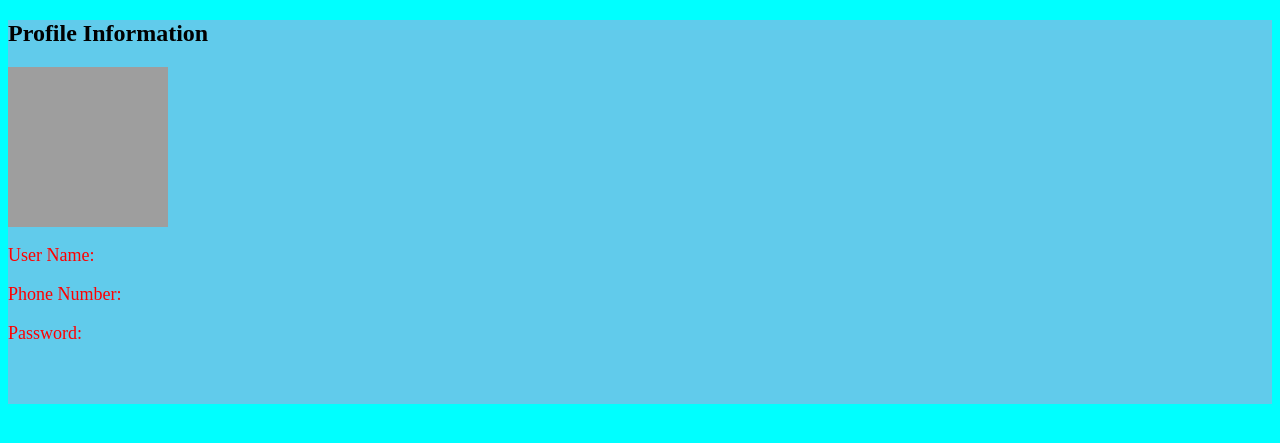
Repository: Amani-Kibet/express-app-web
Page: pages/profile page.html
These files come from the project's save history. The page is drawn as it stood at one moment and after the next save; the edit follows.
The browser window is 1280 px wide. The pictures show the whole page.
Pictures or frames that could not be fetched are drawn as grey boxes. The page's requests for data from a server got no answer.

Above is the page before, as saved 2025-09-26 09:14:46.

### pages/profile page.html
<!DOCTYPE html>
<head>
    <title>Profile Page</title>
    <style>
        body{
            background-color: cyan;
        }
        #container{
            background-color: rgb(97, 203, 235);
            height: 24rem;
        }
        #image{
            background: url(http://localhost:3000/pictures/profilePic.jpg);
            background-size: cover;
            width: 10rem;
            height: 10rem;
        }
        .labels{
            color: red;
            font-size: 18px;

        }
    </style>
</head>
<body>
    <div id="container">
        <h2>Profile Information</h2>
        <div id="image"></div>
        <p id="nameT" class="labels">User Name: </p>
        <p id="phoneT" class="labels">Phone Number: </p>
        <p id="passT" class="labels">Password: </p>
    </div>
</body>
<script>
let nameT= document.getElementById("nameT");
let phoneT= document.getElementById("phoneT");
let passT= document.getElementById("passT");

fetch("http://localhost:3000/path3")
</script>
</html>

After the next save:
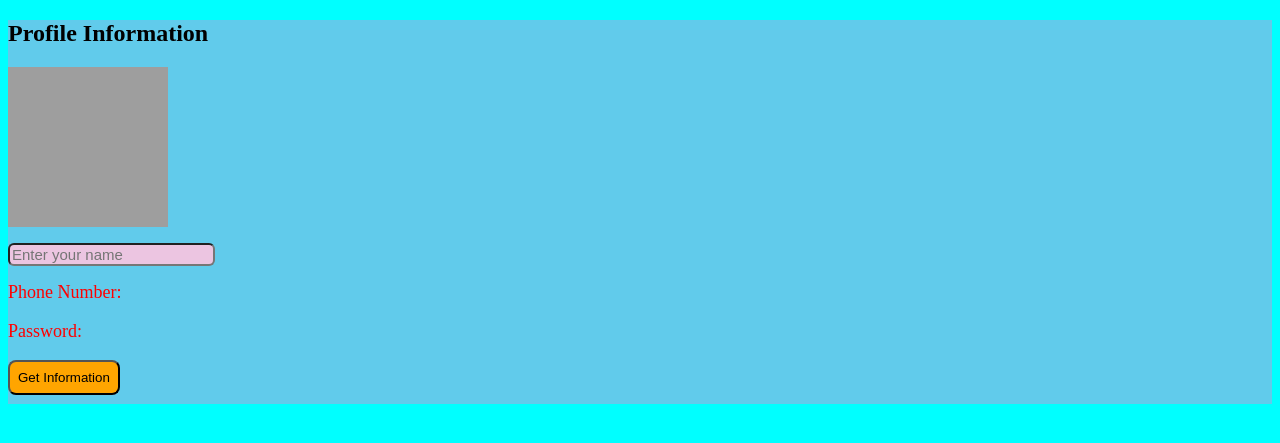
Saved 8 min 56 s later.
--- a/pages/profile page.html
+++ b/pages/profile page.html
@@ -18,7 +18,14 @@
         .labels{
             color: red;
             font-size: 18px;
+            margin-top: 1rem;
+            border-radius: 6px;
 
+        }
+        #btn1{
+            background-color: orange;
+            padding: 8px;
+            border-radius: 8px;
         }
     </style>
 </head>
@@ -26,16 +33,24 @@
     <div id="container">
         <h2>Profile Information</h2>
         <div id="image"></div>
-        <p id="nameT" class="labels">User Name: </p>
+        <input type="text" id="nameT" class="labels" placeholder="Enter your name" style="font-size: 15px; background: #ecc5e1">
         <p id="phoneT" class="labels">Phone Number: </p>
         <p id="passT" class="labels">Password: </p>
+        <button id="btn1" onclick="getInfo()">Get Information</button>
     </div>
 </body>
 <script>
-let nameT= document.getElementById("nameT");
 let phoneT= document.getElementById("phoneT");
 let passT= document.getElementById("passT");
 
+function getInfo(){
+let nameT= document.getElementById("nameT").value;
+fetch("http://localhost:3000/path3", {
+    method: "POST",
+    headers: {"Content-Type": "application/json"},
+    body: JSON.stringify({name: `${nameT}`})
+})
 fetch("http://localhost:3000/path3")
+}
 </script>
 </html>
